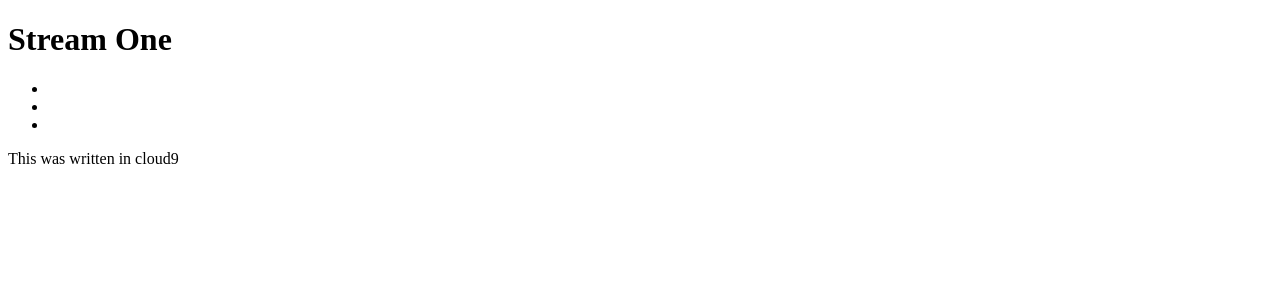
Repository: mfaherty/MyFirstWebSite
Page: Stream-one.html
The author's editor kept a record of every edit. The page is drawn from the files as they stood at one moment, then again after the next edit.
The browser window is 1280 px wide. The pictures show the whole page.

Above is the page before.

After the next edit:
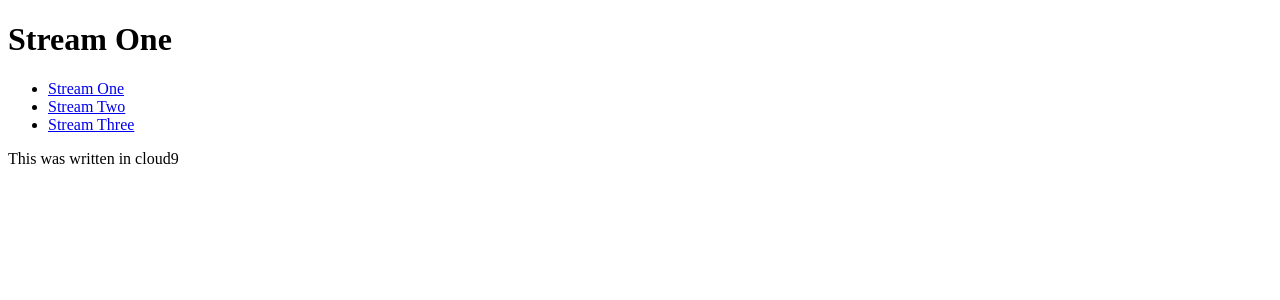
The edit:
--- a/Stream-one.html
+++ b/Stream-one.html
@@ -8,9 +8,9 @@
      </body>
       <nav>
       	<ul>
-      	<li> <a href="Stream-one.html"> </a></li>
-      	<li> <a href="Stream-two.html"> </a></li>
-      	<li> <a href="Stream-three.html"> </a></li>
+      	<li> <a href="Stream-one.html">Stream One</a></li>
+      	<li> <a href="Stream-two.html">Stream Two</a></li>
+      	<li> <a href="Stream-three.html">Stream Three </a></li>
       	</ul>
       </nav>
 
